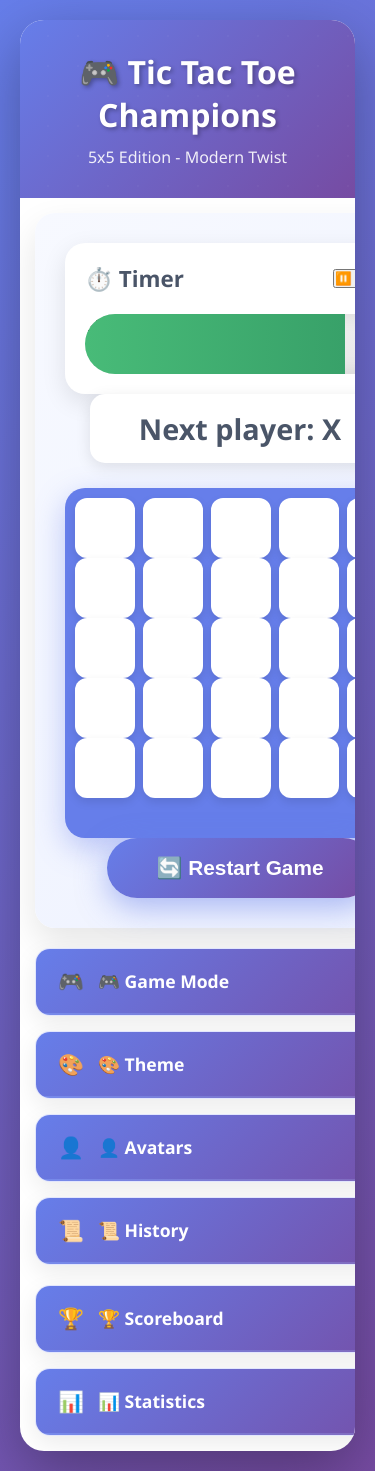
Repository: sofia123776/TIC-TAC-TOE
Page: /
These files come from the project's save history. The page is drawn as it stood at one moment and after the next save; the edit follows.
The browser window is 375 px wide. The pictures show the whole page.
The project was rebuilt for these pictures with package versions that can differ from the ones it lists, and the page was loaded fresh each time. Also part of the build but not shown: vite.config.js.

Above is the page before, as saved 2025-12-09 17:32:59.

After the next save:
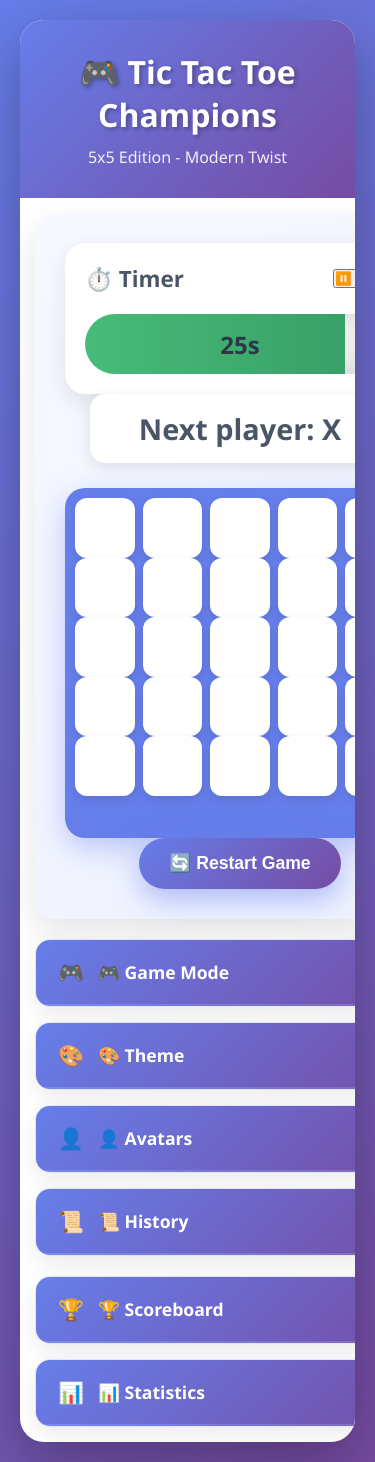
Saved 12 min 45 s later.
--- a/src/App.css
+++ b/src/App.css
@@ -424,6 +424,17 @@ body {
   background: linear-gradient(145deg, #fff5f5, #fed7d7);
 }
 
+.timer-value {
+  position: absolute;
+  top: 50%;
+  left: 50%;
+  transform: translate(-50%, -50%);
+  font-size: 1.8rem;
+  font-weight: 800;
+  color: #2d3748;
+  z-index: 2;
+}
+
 .timer-progress {
   position: absolute;
   top: 0;
@@ -437,7 +448,7 @@ body {
   background: linear-gradient(to right, #f56565, #e53e3e);
 }
 
-/* ===== 5x5 GAME BOARD ===== */
+/* ===== 5x5 GAME BOARD - FIXED ===== */
 .board-container {
   display: flex;
   flex-direction: column;
@@ -491,6 +502,10 @@ body {
   cursor: pointer;
   transition: all 0.3s;
   box-shadow: 0 4px 10px rgba(0, 0, 0, 0.1);
+  width: 100%;
+  height: 100%;
+  min-width: 0;
+  min-height: 0;
 }
 
 .square:hover {
@@ -510,8 +525,8 @@ body {
 }
 
 .avatar-img {
-  width: 70px;
-  height: 70px;
+  width: 60px;
+  height: 60px;
   border-radius: 50%;
   object-fit: cover;
   border: 3px solid #e2e8f0;
@@ -583,6 +598,88 @@ body {
   box-shadow: 0 15px 40px rgba(102, 126, 234, 0.7);
 }
 
+/* ===== AVATAR SELECTION - FIXED ===== */
+.avatar-selection-grid {
+  display: flex;
+  flex-direction: column;
+  gap: 25px;
+}
+
+.avatar-selector-compact {
+  display: flex;
+  flex-direction: column;
+  align-items: center;
+  gap: 15px;
+  padding: 15px;
+  background: white;
+  border-radius: 15px;
+  border: 2px solid #e2e8f0;
+}
+
+.player-label {
+  font-weight: 700;
+  color: #4a5568;
+  font-size: 1.1rem;
+  text-transform: uppercase;
+  letter-spacing: 1px;
+  text-align: center;
+  width: 100%;
+  padding-bottom: 10px;
+  border-bottom: 2px solid #e2e8f0;
+}
+
+.current-avatar {
+  width: 80px;
+  height: 80px;
+  border-radius: 50%;
+  overflow: hidden;
+  border: 4px solid #667eea;
+  box-shadow: 0 4px 15px rgba(102, 126, 234, 0.3);
+}
+
+.current-avatar img {
+  width: 100%;
+  height: 100%;
+  object-fit: cover;
+  display: block;
+}
+
+.avatar-options-compact {
+  display: flex;
+  flex-wrap: wrap;
+  gap: 10px;
+  justify-content: center;
+}
+
+.avatar-option-compact {
+  width: 50px;
+  height: 50px;
+  border-radius: 50%;
+  overflow: hidden;
+  cursor: pointer;
+  border: 3px solid #cbd5e0;
+  transition: all 0.3s;
+  flex-shrink: 0;
+}
+
+.avatar-option-compact:hover {
+  transform: scale(1.1);
+  border-color: #667eea;
+}
+
+.avatar-option-compact.selected {
+  border-color: #48bb78;
+  transform: scale(1.15);
+  box-shadow: 0 4px 15px rgba(72, 187, 120, 0.4);
+}
+
+.avatar-option-compact img {
+  width: 100%;
+  height: 100%;
+  object-fit: cover;
+  display: block;
+}
+
 /* ===== SCOREBOARD ===== */
 .scoreboard-cards {
   display: flex;
@@ -630,6 +727,7 @@ body {
   width: 100%;
   height: 100%;
   object-fit: cover;
+  display: block;
 }
 
 .ai-badge {
@@ -974,9 +1072,9 @@ body {
     height: 450px;
   }
 
-  .square {
-    width: 80px;
-    height: 80px;
+  .avatar-img {
+    width: 50px;
+    height: 50px;
   }
 }
 
@@ -1031,14 +1129,9 @@ body {
     padding: 10px;
   }
 
-  .square {
-    width: 60px;
-    height: 60px;
-  }
-
   .avatar-img {
-    width: 50px;
-    height: 50px;
+    width: 40px;
+    height: 40px;
   }
 
   .stats-grid {
@@ -1052,4 +1145,13 @@ body {
   .header-subtitle {
     font-size: 1rem;
   }
-}
+
+  .timer-value {
+    font-size: 1.5rem;
+  }
+
+  .restart-btn-main {
+    padding: 15px 30px;
+    font-size: 1.1rem;
+  }
+}
